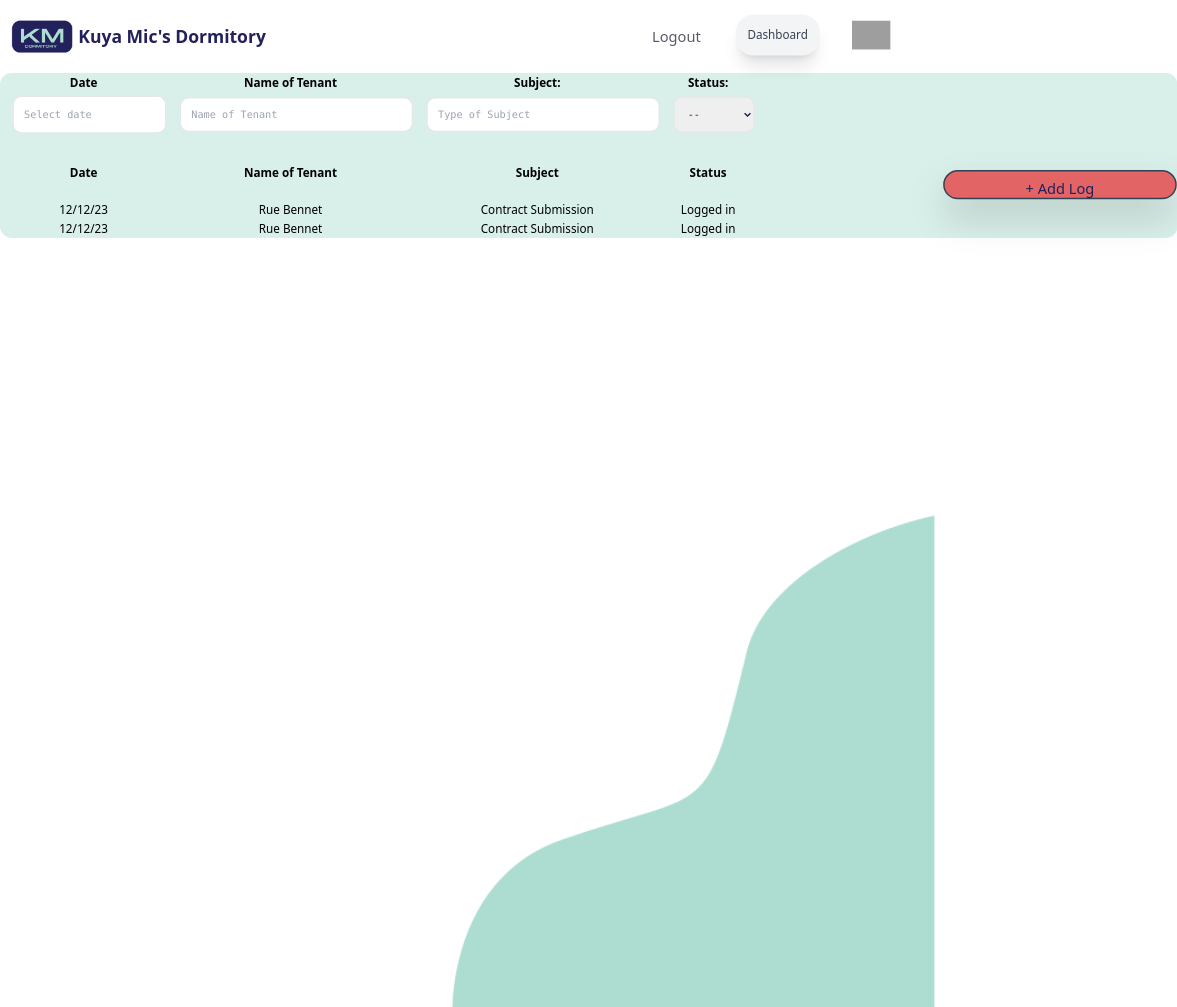
Repository: theamgri/Dormitory-Management-System
Page: logstatus.html
An editor plug-in stored every save of this project. The page is shown before and after the next save, followed by the edit.
The browser window is 1280 px wide. The page is 1613 px wide, so the pictures cover 1613 px, including what lies to the right of the window. The pictures show the whole page, at 73% of full size.
Pictures or frames that could not be fetched are drawn as grey boxes. Some web libraries are served in a nearby version.

Above is the page before, as saved 2023-02-28 10:26:24.

After the next save:
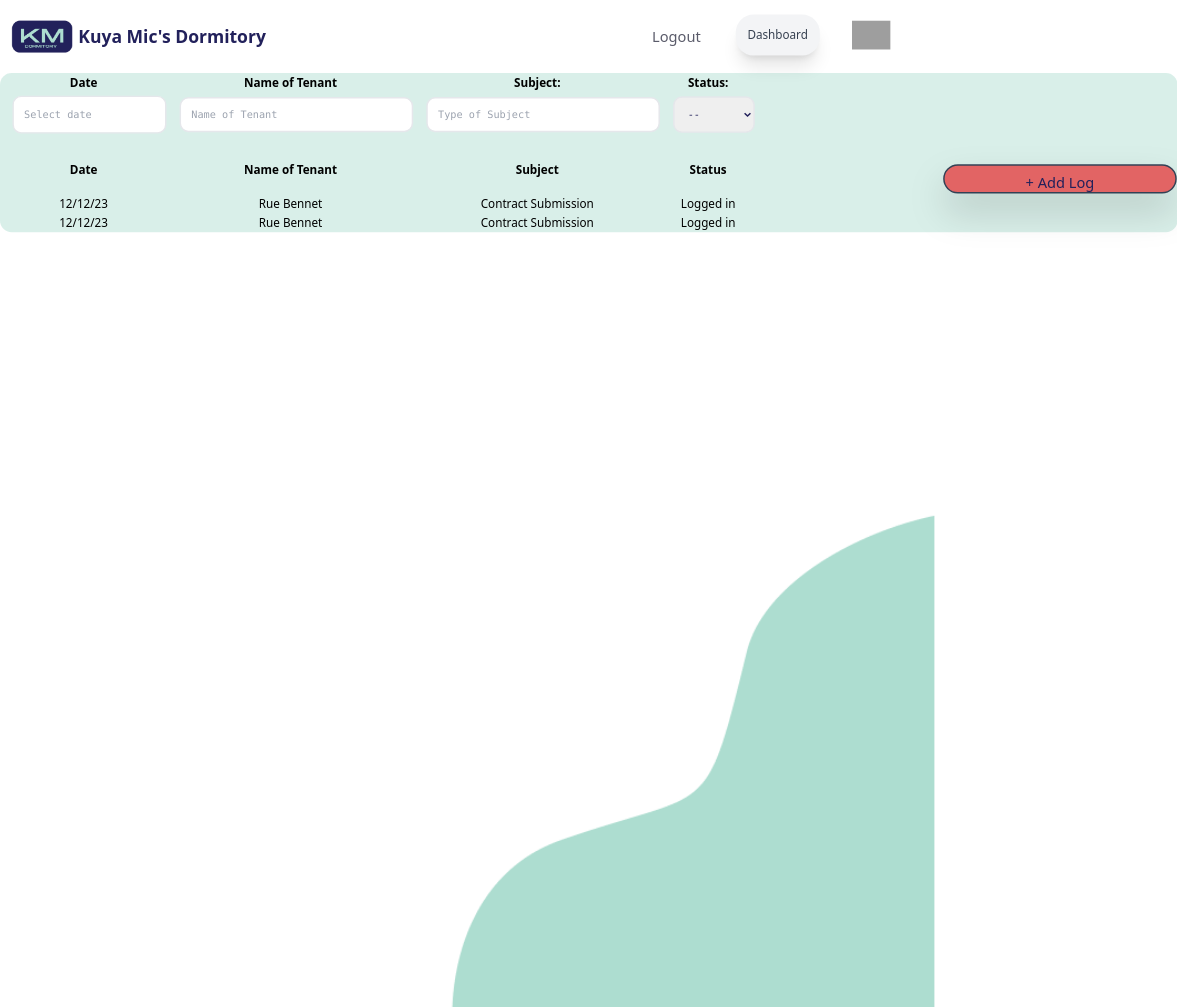
Saved 5 s later.
--- a/logstatus.html
+++ b/logstatus.html
@@ -68,7 +68,7 @@
                     <th>Name of Tenant</th>
                     <th>Subject</th>
                     <th>Status</th>
-                    <th><button onclick="location.href='#'" type="submit" class="border-2 border-slate-700 drop-shadow-2xl mt-6 text-xl text-white bg-primary-600 font-medium rounded-full text-md px-10 py-2.5 sm:text-center " style="color:#22215B ;margin-top: 2rem; margin-left: 16rem; background-color:#E26464; height: 2.5rem; width: 20rem;">+ Add Log</button></th>
+                    <th><button onclick="location.href='#'" type="submit" class="border-2 border-slate-700 drop-shadow-2xl mt-6 text-xl text-white bg-primary-600 font-medium rounded-full text-md px-10 py-2.5 sm:text-center " style="color:#22215B ;margin-left: 16rem; background-color:#E26464; height: 2.5rem; width: 20rem;">+ Add Log</button></th>
                   </tr>
             </thead>
             <tbody>
